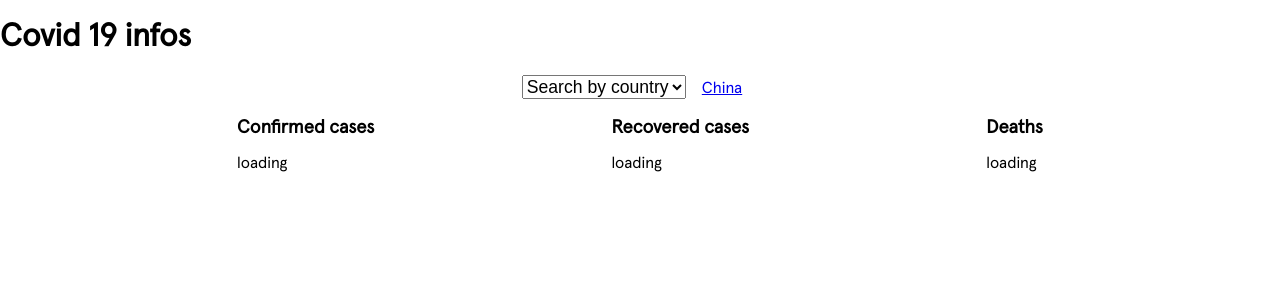
Repository: Babarindeolanrewaju2/react_covid_19
Page: /
An editor plug-in stored every save of this project. The page is shown before and after a run of saves, followed by the edit.
The browser window is 1280 px wide. The pictures show the whole page.
The page's requests for data from a server got no answer. The project was rebuilt for these pictures with package versions that can differ from the ones it lists, and the page was loaded fresh each time. A package was used in the major version that the imports need, not the one package.json lists. No one was signed in, and anything a server would have sent is missing. Also part of the build but not shown: src/components/CountryDisplay.js.

Above is the page before, as saved 2020-04-01 04:58:05.

### src/App.js
import React, { Component } from "react";
import { HashRouter as Router, Switch, Route } from "react-router-dom";
import Axios from "axios";
import ConfirmedDisplay from "./components/ConfirmedDisplay";
import RecoveredDisplay from "./components/RecoveredDisplay";
import DeathsDisplay from "./components/DeathsDisplay";
import CountrySearch from "./components/CountrySearch";
import CountryDisplay from "./components/CountryDisplay";
import './App.css';

export default class App extends Component {
  constructor(props) {
    super(props);

    this.state = {
      confirmed: "loading",
      recovered: "loading",
      deaths: "loading",
      countries: []
    };

  }

  componentDidMount() {
    this.getData();
  }

  async getData() {
    const Worldwide = await Axios.get("https://covid19.mathdro.id/api");
    const countriesRes = await Axios.get(
      "https://covid19.mathdro.id/api/countries"
    );

    console.log(countriesRes);

    const countries = Object.entries(countriesRes.data.countries).map(([country, code]) => (
      code.name
    ))

    console.log(countries);

    this.setState({
      confirmed: Worldwide.data.confirmed.value,
      recovered: Worldwide.data.recovered.value,
      deaths: Worldwide.data.deaths.value,
      lastdate: Worldwide.data.lastUpdate,
      countries: countries
    });
  }

  render() {
    const d = new Date(this.state.lastdate)
    return (
      <div className="container">
        <h1>Covid 19 infos</h1>
        <Router basename={process.env.PUBLIC_URL}>
          <Switch>
            <Route exact path="/test">
              <div>test</div>}
            </Route>
            <Route
              exact
              path="/country/:id"
              render={props => <CountryDisplay {...props} />}
            />
            <Route
              exact
              path="/"
              render={props => {
                return (
                  <div>
                    <p>{this.state.lastdate}</p>
                    <CountrySearch countries={this.state.countries} />
                    <div className="flex">
                      <ConfirmedDisplay value={this.state.confirmed} />
                      <RecoveredDisplay value={this.state.recovered} />
                      <DeathsDisplay value={this.state.deaths} />
                    </div>
                  </div>
                );
              }}
            />
          </Switch>
        </Router>
      </div>
    );
  }
}

### src/components/ConfirmedDisplay.js
import React, { Component } from "react";

export default class ConfirmedDisplay extends Component {
  render() {
    const { value } = this.props
    return (
      <div>
        <h3>Confirmed cases</h3>
        <span className="value">{value}</span>
      </div>
    );
  }
}

### src/components/RecoveredDisplay.js
import React, { Component } from "react";

export default class RecoveredDisplay extends Component {
    render() {
        const { value } = this.props
        return (
            <div >
                <h3>Recovered cases</h3>
                <span className="value">{value}</span>
            </div>
        );
    }
}

### src/components/DeathsDisplay.js
import React, { Component } from "react";

export default class DeathsDisplay extends Component {
    render() {
        const { value } = this.props
        return (
            <div >
                <h3>Deaths</h3>
                <span className="value">{value}</span>
            </div>
        );
    }
}

### src/components/CountrySearch.js

import React, { Component } from "react";
import { Link, withRouter } from "react-router-dom";

class CountrySearch extends Component {
    constructor(props) {
        super(props);
        this.onSelect = this.onSelect.bind(this);
    }

    onSelect(e) {
        this.props.history.push(`/country/${e.target.value}`);
    }

    renderOptions() {
        let array = this.props.countries.map((country, i) => {
            return <option key={i}>{country}</option>;
        });
        array.unshift(<option key={-1}>Search by country</option>);
        return array;
    }

    render() {
        return (
            <div className="countryList">
                <select onChange={this.onSelect}>{this.renderOptions()}</select>
                <Link to="/country/China/">China</Link>
            </div>
        );
    }
}

export default withRouter(CountrySearch);

### src/App.css
.App {
  text-align: center;
}

.App-logo {
  height: 40vmin;
  pointer-events: none;
}

@media (prefers-reduced-motion: no-preference) {
  .App-logo {
    animation: App-logo-spin infinite 20s linear;
  }
}

.App-header {
  background-color: #282c34;
  min-height: 100vh;
  display: flex;
  flex-direction: column;
  align-items: center;
  justify-content: center;
  font-size: calc(10px + 2vmin);
  color: white;
}

.App-link {
  color: #61dafb;
}

div, h2, h3, p {
  font-family: 'Apercu';
}

.flex {
  display: flex;
  justify-content: space-evenly;
  align-items: center;
  flex-wrap: wrap;
}

.countryList {
  text-align: center;
}
.countryList select {
  max-width: 90vw;
  font-size: 1.1rem;
}
.countryList option {
  word-wrap: break-word;
}
.countryList a {
  margin: 1em;
}

.countryDisplay {
  text-align: center;
}
.countryDisplay a {
  margin-bottom: 1em;
}


@keyframes App-logo-spin {
  from {
    transform: rotate(0deg);
  }
  to {
    transform: rotate(360deg);
  }
}

@font-face {
  font-family: 'Apercu';
  src: local('Apercu'), url(./fonts/Apercu.otf) format('opentype');
}

Loaded but not shown: public/index.html (common file); src/index.js (common file); src/index.css (common file); src/serviceWorker.js (common file)

After the next 5 saves:
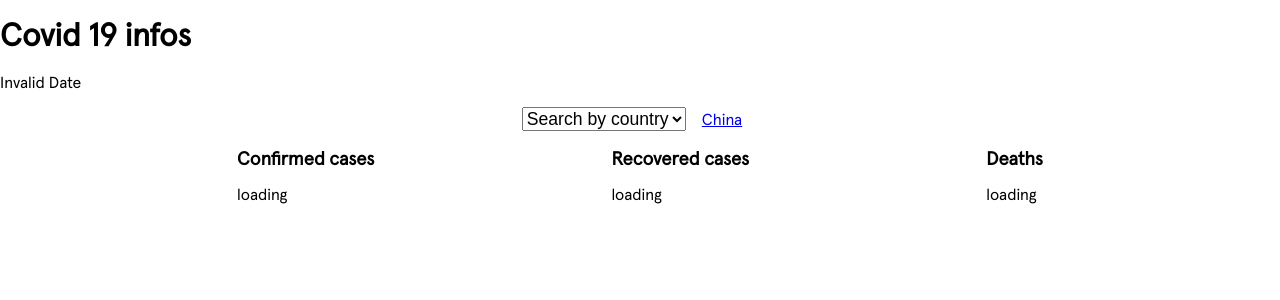
The 5 saves are shown as one change because 4 did not build or start.
The last was saved 2 min 35 s later.
--- a/src/App.js
+++ b/src/App.js
@@ -49,10 +49,10 @@ export default class App extends Component {
   }
 
   render() {
-    const d = new Date(this.state.lastdate)
     return (
       <div className="container">
         <h1>Covid 19 infos</h1>
+        <p>{new Date(this.state.lastdate).toDateString()}</p>
         <Router basename={process.env.PUBLIC_URL}>
           <Switch>
             <Route exact path="/test">
@@ -69,7 +69,6 @@ export default class App extends Component {
               render={props => {
                 return (
                   <div>
-                    <p>{this.state.lastdate}</p>
                     <CountrySearch countries={this.state.countries} />
                     <div className="flex">
                       <ConfirmedDisplay value={this.state.confirmed} />
